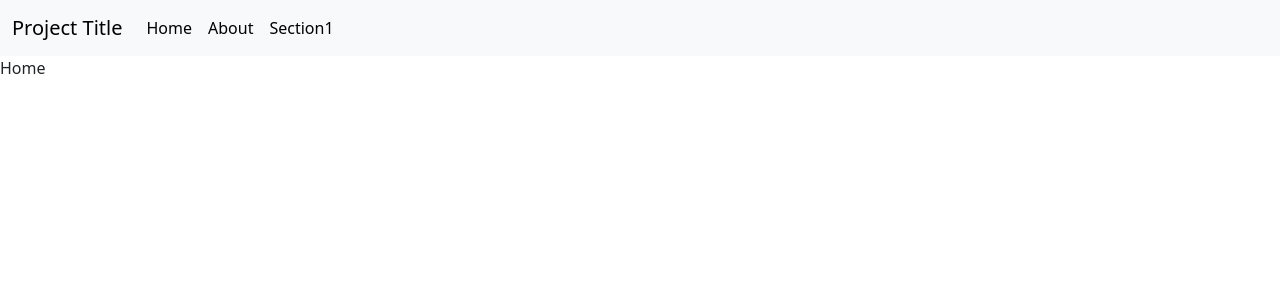
Repository: rahul-chakradhari/devquest
Page: / (app in project/)
These files come from the project's save history. The page is drawn as it stood at one moment and after the next save; the edit follows.
The browser window is 1280 px wide. The pictures show the whole page.
The project was rebuilt for these pictures with package versions that can differ from the ones it lists, and the page was loaded fresh each time. Also part of the build but not shown: project/vite.config.js, project/src/App.css, project/src/components/About.jsx, project/src/components/Section1.jsx, project/src/index.css.

Above is the page before, as saved 2025-02-21 15:54:57.

### project/index.html
<!DOCTYPE html>
<html lang="en">
  <head>
    <meta charset="UTF-8" />
    <link rel="icon" type="image/svg+xml" href="/vite.svg" />
    <meta name="viewport" content="width=device-width, initial-scale=1.0" />
    <title>Project</title>
    <link
      href="https://cdn.jsdelivr.net/npm/bootstrap@5.3.3/dist/css/bootstrap.min.css"
      rel="stylesheet"
      integrity="sha384-QWTKZyjpPEjISv5WaRU9OFeRpok6YctnYmDr5pNlyT2bRjXh0JMhjY6hW+ALEwIH"
      crossorigin="anonymous"
    />
  </head>
  <body>
    <div id="root"></div>
    <script type="module" src="/src/main.jsx"></script>
    <script
      src="https://cdn.jsdelivr.net/npm/bootstrap@5.3.3/dist/js/bootstrap.bundle.min.js"
      integrity="sha384-YvpcrYf0tY3lHB60NNkmXc5s9fDVZLESaAA55NDzOxhy9GkcIdslK1eN7N6jIeHz"
      crossorigin="anonymous"
    ></script>
  </body>
</html>

### project/src/App.jsx
import { useState } from "react";
import "./App.css";
import React from "react";
import { BrowserRouter as Router, Routes, Route } from "react-router-dom";
import Navbar from "./components/Navbar";
import Home from "./components/Home";
import About from "./components/About";
import Section1 from "./components/Section1";

function App() {
  const [count, setCount] = useState(0);

  return (
    <>
      <Router>
        <Navbar />
        <Routes>
          <Route path="/about" element={<About />} />
          <Route path="/" element={<Home />} />
          <Route path="/section1" element={<Section1 />} />
        </Routes>
      </Router>
    </>
  );
}

export default App;

### project/src/components/Navbar.jsx
import React from "react";
import { Link } from "react-router-dom";
const Navbar = () => {
  return (
    <div>
      <nav className="navbar navbar-expand-lg bg-body-tertiary">
        <div className="container-fluid">
          <a className="navbar-brand" href="#">
            Project Title
          </a>
          <button
            className="navbar-toggler"
            type="button"
            data-bs-toggle="collapse"
            data-bs-target="#navbarSupportedContent"
            aria-controls="navbarSupportedContent"
            aria-expanded="false"
            aria-label="Toggle navigation"
          >
            <span className="navbar-toggler-icon"></span>
          </button>
          <div className="collapse navbar-collapse" id="navbarSupportedContent">
            <ul className="navbar-nav me-auto mb-2 mb-lg-0">
              <li className="nav-item">
                <Link className="nav-link active" aria-current="page" to="/">
                  Home
                </Link>
              </li>{" "}
              <li className="nav-item">
                <Link
                  className="nav-link active"
                  aria-current="page"
                  to="/about"
                >
                  About
                </Link>
              </li>{" "}
              <li className="nav-item">
                <Link
                  className="nav-link active"
                  aria-current="page"
                  to="/section1"
                >
                  Section1
                </Link>
              </li>{" "}
            </ul>
          </div>
        </div>
      </nav>
    </div>
  );
};

export default Navbar;

Loaded but not shown: project/src/main.jsx (common file); project/src/components/Home.jsx (common file)

After the next save:
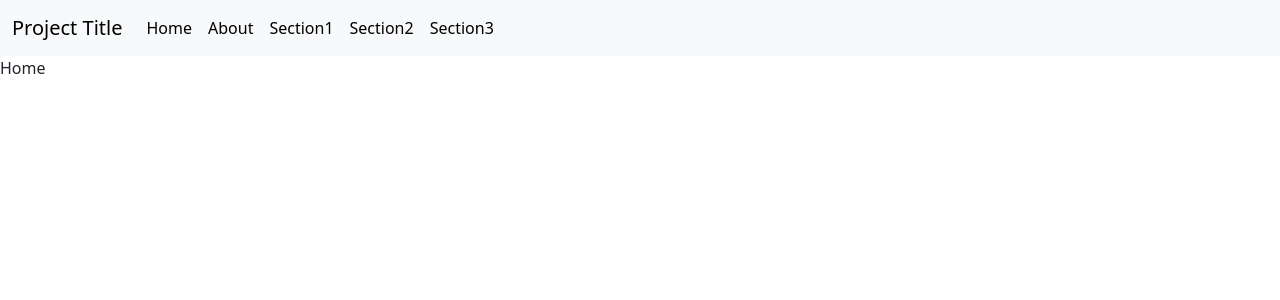
Saved 35 s later.
--- a/project/src/components/Navbar.jsx
+++ b/project/src/components/Navbar.jsx
@@ -44,6 +44,24 @@ const Navbar = () => {
                   Section1
                 </Link>
               </li>{" "}
+              <li className="nav-item">
+                <Link
+                  className="nav-link active"
+                  aria-current="page"
+                  to="/section2"
+                >
+                  Section2
+                </Link>
+              </li>{" "}
+              <li className="nav-item">
+                <Link
+                  className="nav-link active"
+                  aria-current="page"
+                  to="/section3"
+                >
+                  Section3
+                </Link>
+              </li>{" "}
             </ul>
           </div>
         </div>
